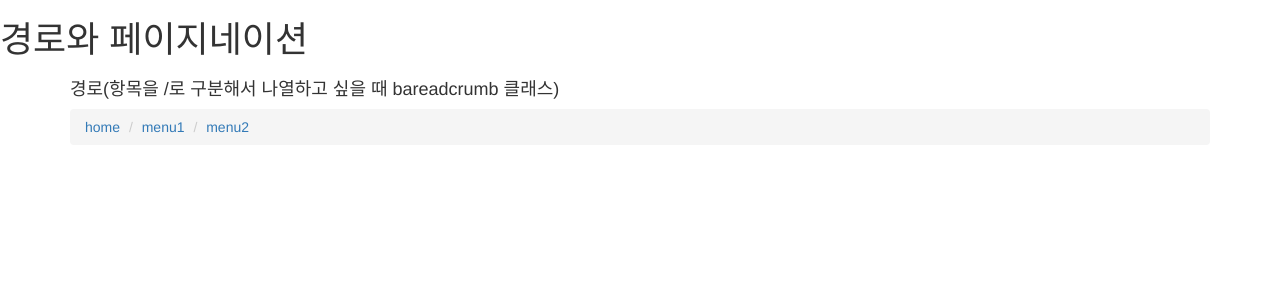
Repository: RYE415/4.jsp
Page: BootstrapTest/src/main/webapp/9.page/bmpage.html
These files come from the project's save history. The page is drawn as it stood at one moment and after the next save; the edit follows.
The browser window is 1280 px wide. The pictures show the whole page.
Some web libraries are served in a nearby version.

Above is the page before, as saved 2022-08-11 00:17:52.

### BootstrapTest/src/main/webapp/9.page/bmpage.html
<!DOCTYPE html>
<html lang="ko">
  <head>
    <meta charset="utf-8">
    <meta http-equiv="X-UA-Compatible" content="IE=edge">
    <meta name="viewport" content="width=device-width, initial-scale=1">
    <!-- 위 3개의 메타 태그는 *반드시* head 태그의 처음에 와야합니다; 어떤 다른 콘텐츠들은 반드시 이 태그들 *다음에* 와야 합니다 -->
    <title>예제</title>

    <!-- 부트스트랩 -->
    <link href="../css/bootstrap.min.css" rel="stylesheet">

    <!-- IE8 에서 HTML5 요소와 미디어 쿼리를 위한 HTML5 shim 와 Respond.js -->
    <!-- WARNING: Respond.js 는 당신이 file:// 을 통해 페이지를 볼 때는 동작하지 않습니다. -->
    <!--[if lt IE 9]>
      <script src="https://oss.maxcdn.com/html5shiv/3.7.2/html5shiv.min.js"></script>
      <script src="https://oss.maxcdn.com/respond/1.4.2/respond.min.js"></script>
    <![endif]-->
  </head>
  <body>
    <h1>경로와 페이지네이션</h1>
    <div class="container">
    	<h4>경로(항목을 /로 구분해서 나열하고 싶을 때 bareadcrumb 클래스)</h4>
    	<ol class="breadcrumb">
    		<li><a href="#">home</a></li>
    		<li><a href="#">menu1</a></li>
    		<li><a href="#">menu2</a></li>
    	</ol>
    </div>

    <!-- jQuery (부트스트랩의 자바스크립트 플러그인을 위해 필요합니다) -->
    <script src="https://ajax.googleapis.com/ajax/libs/jquery/1.11.2/jquery.min.js"></script>
    <!-- 모든 컴파일된 플러그인을 포함합니다 (아래), 원하지 않는다면 필요한 각각의 파일을 포함하세요 -->
    <script src="../js/bootstrap.min.js"></script>
  </body>
</html>

Loaded but not shown: BootstrapTest/src/main/webapp/css/bootstrap.min.css (library); BootstrapTest/src/main/webapp/js/bootstrap.min.js (library)

After the next save:
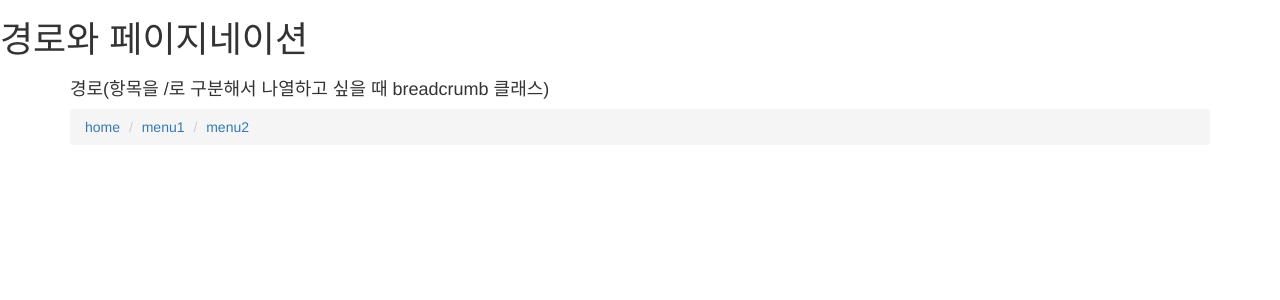
Saved 6 s later.
--- a/BootstrapTest/src/main/webapp/9.page/bmpage.html
+++ b/BootstrapTest/src/main/webapp/9.page/bmpage.html
@@ -20,7 +20,7 @@
   <body>
     <h1>경로와 페이지네이션</h1>
     <div class="container">
-    	<h4>경로(항목을 /로 구분해서 나열하고 싶을 때 bareadcrumb 클래스)</h4>
+    	<h4>경로(항목을 /로 구분해서 나열하고 싶을 때 breadcrumb 클래스)</h4>
     	<ol class="breadcrumb">
     		<li><a href="#">home</a></li>
     		<li><a href="#">menu1</a></li>
